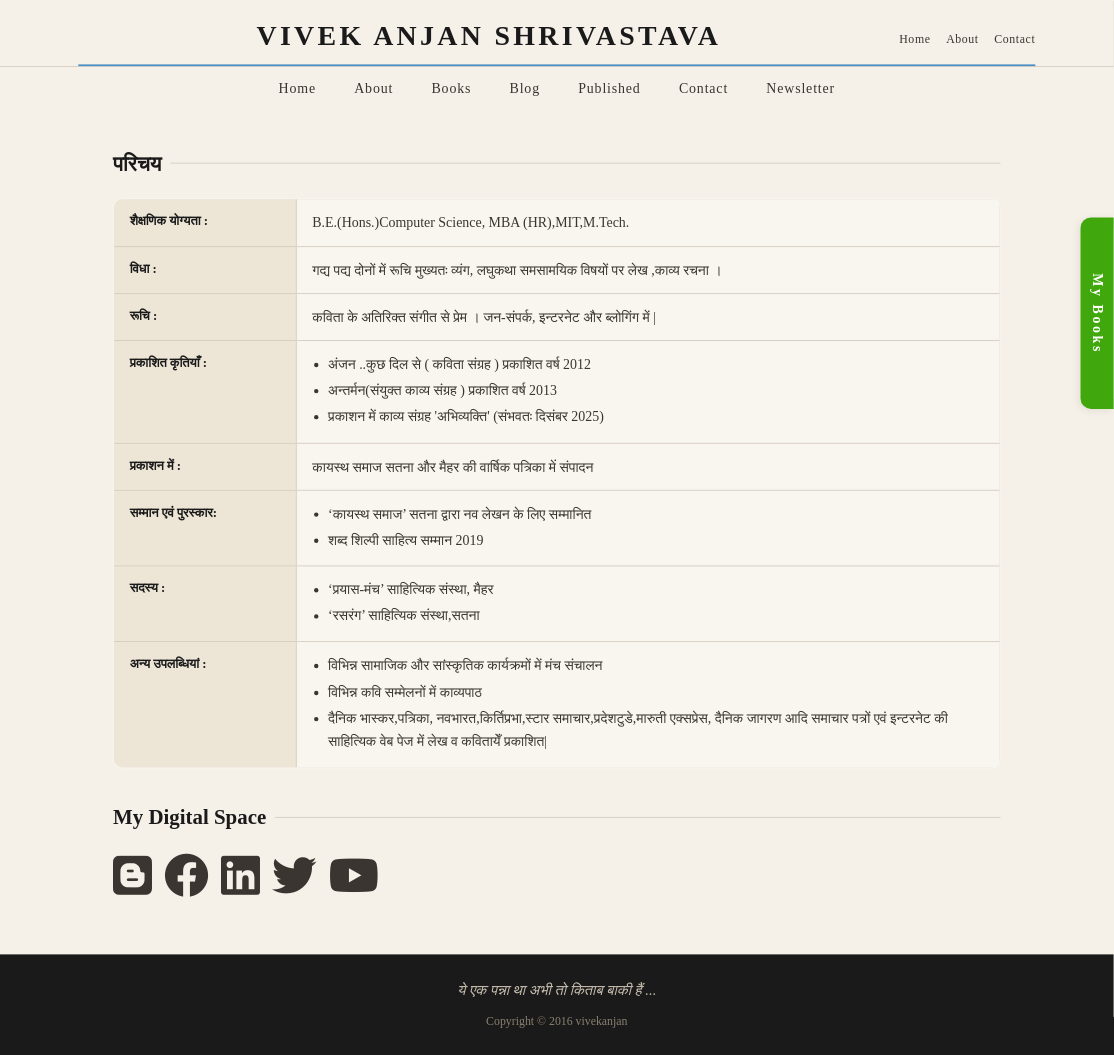
Repository: cforcoder21/vivekanjan.com
Page: frontend/html/aboutme.html
The author's editor kept a copy of each file at every save. The page is drawn from the files as they stood at one save, then again after the next save.
The browser window is 1280 px wide. The pictures show the whole page, at 87% of full size.
Some web fonts or font styles are not loaded; a fallback is used.

Above is the page before, as saved 2026-03-12 21:50:14.

After the next save:
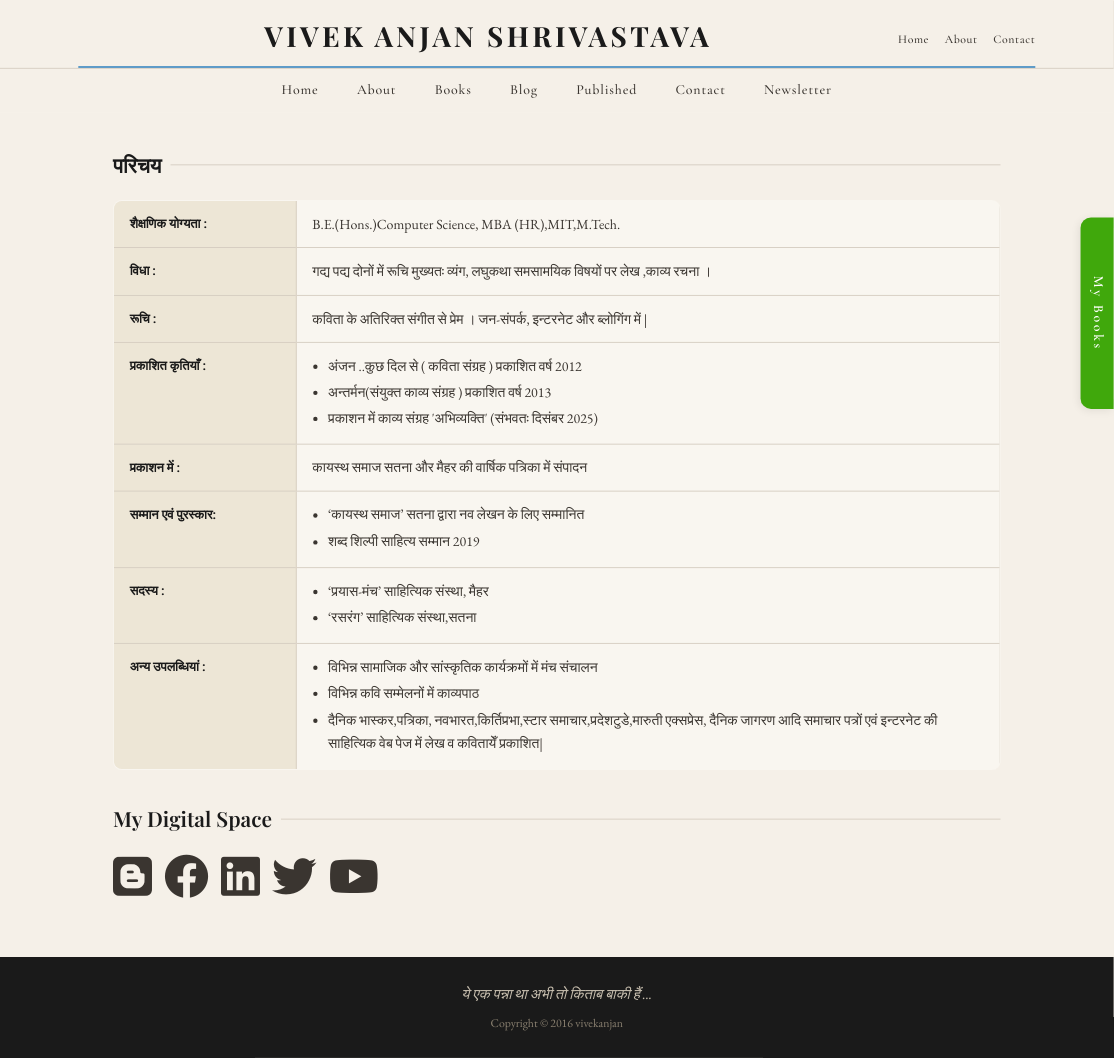
Saved 4 min 36 s later.
--- a/frontend/css/stye_about.css
+++ b/frontend/css/stye_about.css
@@ -2,6 +2,8 @@
    stye_about.css  —  mirrors style_index.css exactly
    Maps the about page's old IDs/classes to the home design
    ══════════════════════════════════════════════════════════ */
+
+@import url('https://fonts.googleapis.com/css2?family=Playfair+Display:ital,wght@0,400;0,600;0,700;1,400;1,600&family=EB+Garamond:ital,wght@0,400;0,500;1,400&family=Cormorant+Garamond:wght@300;400;500;600&display=swap');
 
 /* ── RESET & BASE ────────────────────────────────────────── */
 *, *::before, *::after { box-sizing: border-box; margin: 0; padding: 0; }
